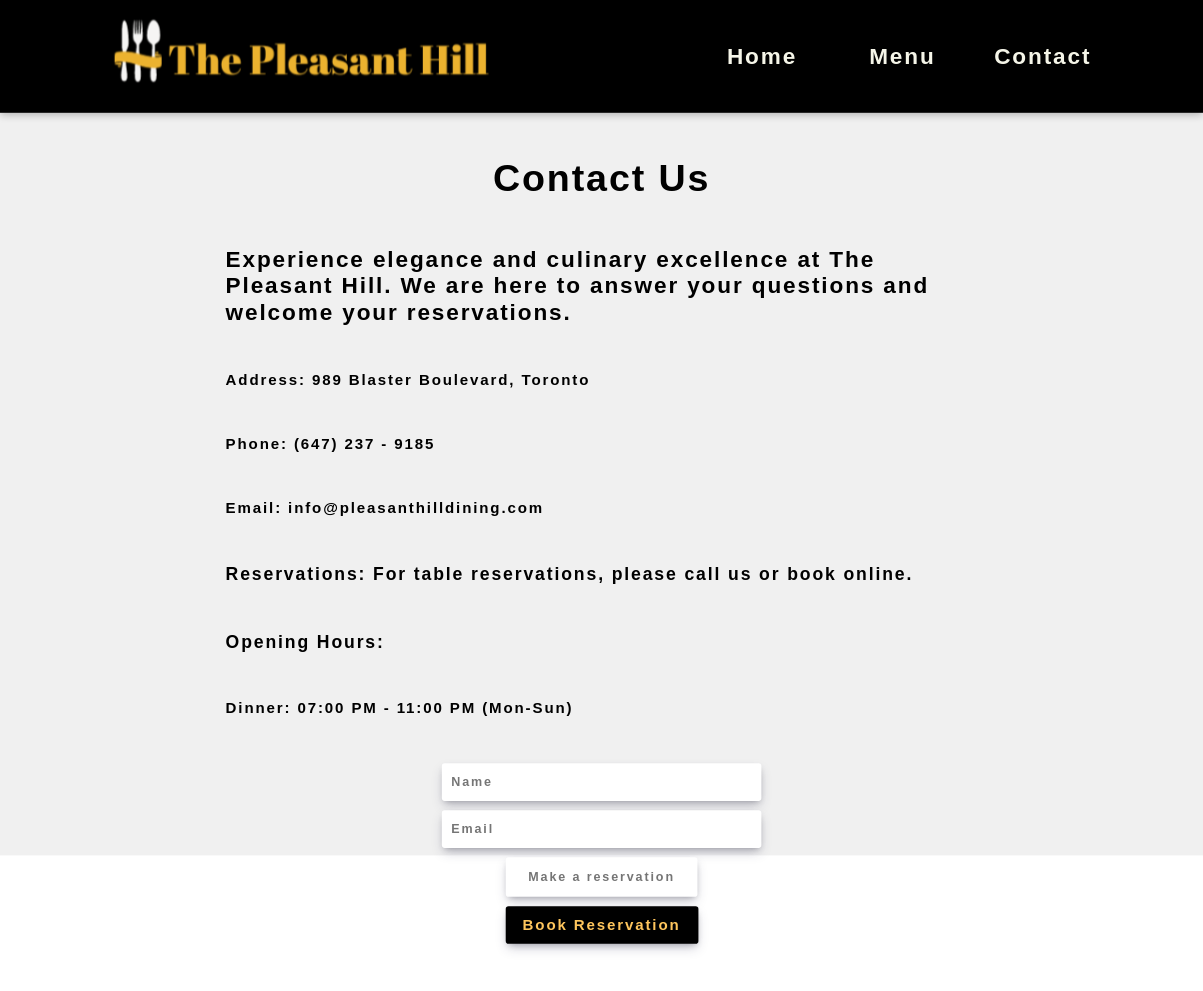
Repository: shayanabedi98/pleasant-hill-restaurant
Page: /, after clicking the first element matching `ul > :nth-child(3)`
These files come from the project's save history. The page is drawn as it stood at one moment and after the next save; the edit follows.
The browser window is 1280 px wide. The pictures show the part of the page from y = 0 to 1054 px (the page is 1454 px tall), at 94% of full size.
Pictures or frames that could not be fetched are drawn as grey boxes. Some web fonts or font styles are not loaded; a fallback is used. The project was rebuilt for these pictures with package versions that can differ from the ones it lists, and the page was loaded fresh each time. Also part of the build but not shown: vite.config.js, src/components/MenuList.jsx, src/components/Appetizers.jsx, src/components/Entrees.jsx, src/components/Desserts.jsx, src/components/Drinks.jsx, src/components/Menu.jsx, src/index.css.

Above is the page before, as saved 2024-01-08 18:09:38.

After the next save:
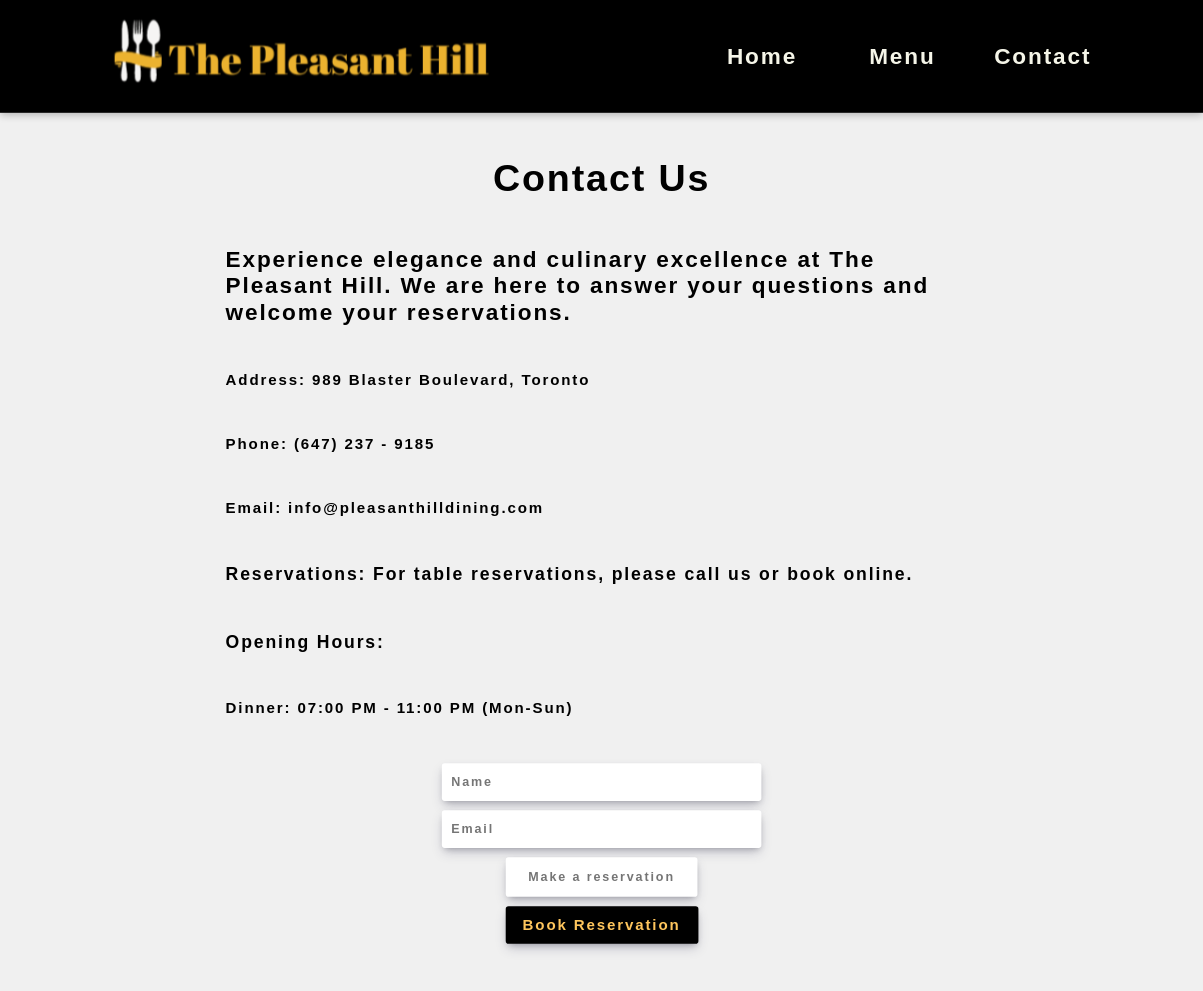
Saved 21 s later.
--- a/src/App.css
+++ b/src/App.css
@@ -194,7 +194,7 @@ body {
   background-color: #f0f0f0;
   width: 1200px;
   margin: 100px auto;
-  height: 730px;
+  height: 930px;
   padding: 40px;
   text-align: center;
 }
